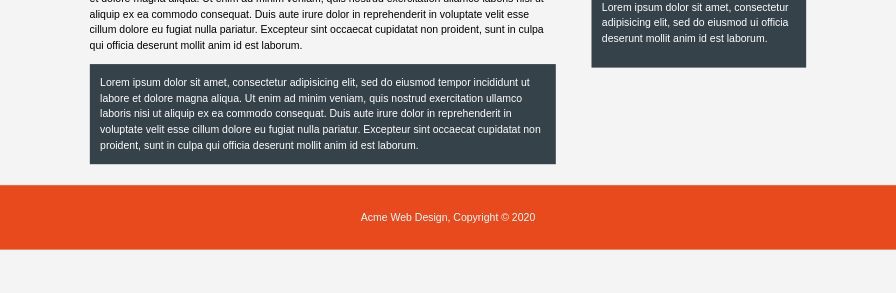
Repository: NiutaR/Build-An-HTML5-Website-With-A
Page: about.html
These files come from the project's save history. The page is drawn as it stood at one moment and after the next save; the edit follows.
The browser window is 1280 px wide. The pictures show the part of the page from y = 301 to 2221 px (the page is 720 px tall before and 3291 px after), at 70% of full size.

Above is the page before, as saved 2021-06-17 20:31:22.

### about.html
<!DOCTYPE html>
<html>
<head>
	<meta charset="utf-8">
	<meta name="viewport" content="width=device-width">
	<meta name="description" content="Affordable and professional web design">
	<meta name="keywords" content="web design, affordable web design, professional web design">
	<meta name="author" content="Jack">
	<title>Aceme Web Design | About</title>
	<link rel="stylesheet" type="text/css" href="./css/style.css">
</head>
<body>
	<header>
		<div class="container">
			<div id="branding">
				<h1><span class="highlight">Aceme</span> Web Design</h1>
			</div>
			<nav>
				<ul>
					<li><a href="index.html">Home</a></li>
					<li class="current"><a href="about.html">About Me</a></li>
					<li><a href="services.html">Services</a></li>
				</ul>
			</nav>
		</div>
	</header>


	<section id="newsletter">
		<div class="container">
			<h1>Subscribe To Our Newsletter</h1>
			<form>
				<input type="email" placeholder="Enter Email...">
				<button type="submit" class="button_1">Subscribe</button>
			</form>
		</div>
	</section>

	<section id="main">
		<div class="container">
			<article id="main-col">
				<h1 class="page-title">About Me</h1>
				<p>Lorem ipsum dolor sit amet, consectetur adipisicing elit, sed do eiusmod
				tempor incididunt ut labore et dolore magna aliqua. Ut enim ad minim veniam,
				quis nostrud exercitation ullamco laboris nisi ut aliquip ex ea commodo
				consequat. Duis aute irure dolor in reprehenderit in voluptate velit esse
				cillum dolore eu fugiat nulla pariatur. Excepteur sint occaecat cupidatat non
				proident, sunt in culpa qui officia deserunt mollit anim id est laborum.</p>
				<p class="dark">Lorem ipsum dolor sit amet, consectetur adipisicing elit, sed do eiusmod
				tempor incididunt ut labore et dolore magna aliqua. Ut enim ad minim veniam,
				quis nostrud exercitation ullamco laboris nisi ut aliquip ex ea commodo
				consequat. Duis aute irure dolor in reprehenderit in voluptate velit esse
				cillum dolore eu fugiat nulla pariatur. Excepteur sint occaecat cupidatat non
				proident, sunt in culpa qui officia deserunt mollit anim id est laborum.</p>
			</article>

			<aside id="sidebar">
				<div class="dark">
					<h3>What <I></I> Do</h3>
					<p>Lorem ipsum dolor sit amet, consectetur adipisicing elit, sed do eiusmod
					ui officia deserunt mollit anim id est laborum.</p>
				</div>
			</aside>
		</div>
	</section>
	<section id="slider">

	</section>
	<footer>
		<p>Acme Web Design, Copyright &copy; 2020</p>
	</footer>

</body>
</html>

### css/style.css
body{
/*	font-family: Arial, Helvetica, sans-serif;
	font-size:15px;
	line-height: 1.5; // line space between each line*/
	font: 15px/1.5 Arial, Helvetica, sans-serif; /* Same as above */
	padding:0;
	margin:0;
	background-color: #f4f4f4;
}


/* Use . for class*/
/* Global */
.container {
	width:80%; /* Content occupies 80% of whole screen*/
	margin:auto; /* Move content to middle of screen*/
	overflow: hidden;
}

/* By default, ul has padding */
ul{
	margin:0;
	padding:0;
}

.button_1 {
	height:38px;
	background:#e8491d;
	border:0;
	padding-left: 20px;
	padding-right:20px;
	color:#ffffff;
}


.dark{
	padding:15px;
	background:#35424a;
	color:#ffffff;
	margin-top:10px;
	margin-bottom:10px;
}


/* Header*/
header{
	background:#35424a;
	color:#ffffff;
	padding-top:30px;
	min-height:70px;
	border-bottom:#e8491d 3px solid;
}


header a{
	color:#ffffff;
	text-decoration: none;
	text-transform: uppercase;
	font-size:16px;
}


/* Make li horizontal*/
header li{
	float:left;
	display: inline;
	padding: 0 20px 0 20px;
}


header #branding{
	float:left;

}

header #branding h1{
	margin:0;
}

header nav{
	float:right;
	margin-top:10px;
}

header .highlight, header .current a{
	color:#e8491d;
	font-weight: bold
}


header a:hover{
	color:#cccccc;
	font-weight:bold;
}


/* Showcase */
#showcase{
	min-height:400px;
	background:url(../img/logo_showcase.jpg) no-repeat 0 -300px; /* 0 -300px adjusts picture direction*/
	text-align: center;
	color:#ffffff;
}

#showcase h1{
	margin-top:100px;
	font-size:55px;
	margin-bottom:10px;
}

#showcase p{
	font-size:20px;
}


/* Showcase */
#newsletter{
	padding:15px;
	color:#ffffff;
	background:#35424a;
}


#newsletter h1{
	float:left;
}


#newsletter form{
	float:right;
	margin-top:15px;
}

#newsletter input[type="email"]{
	padding:4px;
	height:25px;
	width:250px;
}

/* Boxes */
#boxes{
	margin-top:20px;
}

#boxes .box{
	float:left;
	text-align:center;
	width:30%;
	padding:10px;
}

#box .box img{
	width:90px;
}

/* Sidebar */
aside#sidebar{
	float: right;
	width:30%;
	margin-top:10px;
}


aside#sidebar .quote input, aside#sidebar .quote textarea{
	width:90%;
	padding:5px;

}


/* Main-col*/
article#main-col{
	float:left;
	width:65%;
}


/* Services */
ul#services li{
	list-style:none;
	padding:20px;
	border:#cccccc solid 1px;
	background:#e6e6e6;
	margin-bottom:5px;
}




footer{
	padding:20px;
	margin-top:20px;
	color:#ffffff;
	background-color:#e8491d;
	text-align:center;
}



/* Media Queries*/
@media(max-width: 768px){
	header #branding,
	header nav,
	header nav li,
	#newsletter h1,
	#newsletter form,
	#boxes .box,
	article#main-col,
	aside#sidebar{
		float:none;
		text-align:center;
		width:100%;
	}

	header {
		padding-bottom:20px;
	}

	#showcase h1{
		margin-top:40px;
	}

	#newsletter button, .quote button{
		display:block;
		width:100%;
	}

	#newsletter form input[type="email"], .quote input, .quote textarea{
		width:100%;
		margin-bottom:5px;
	}


}

After the next save:
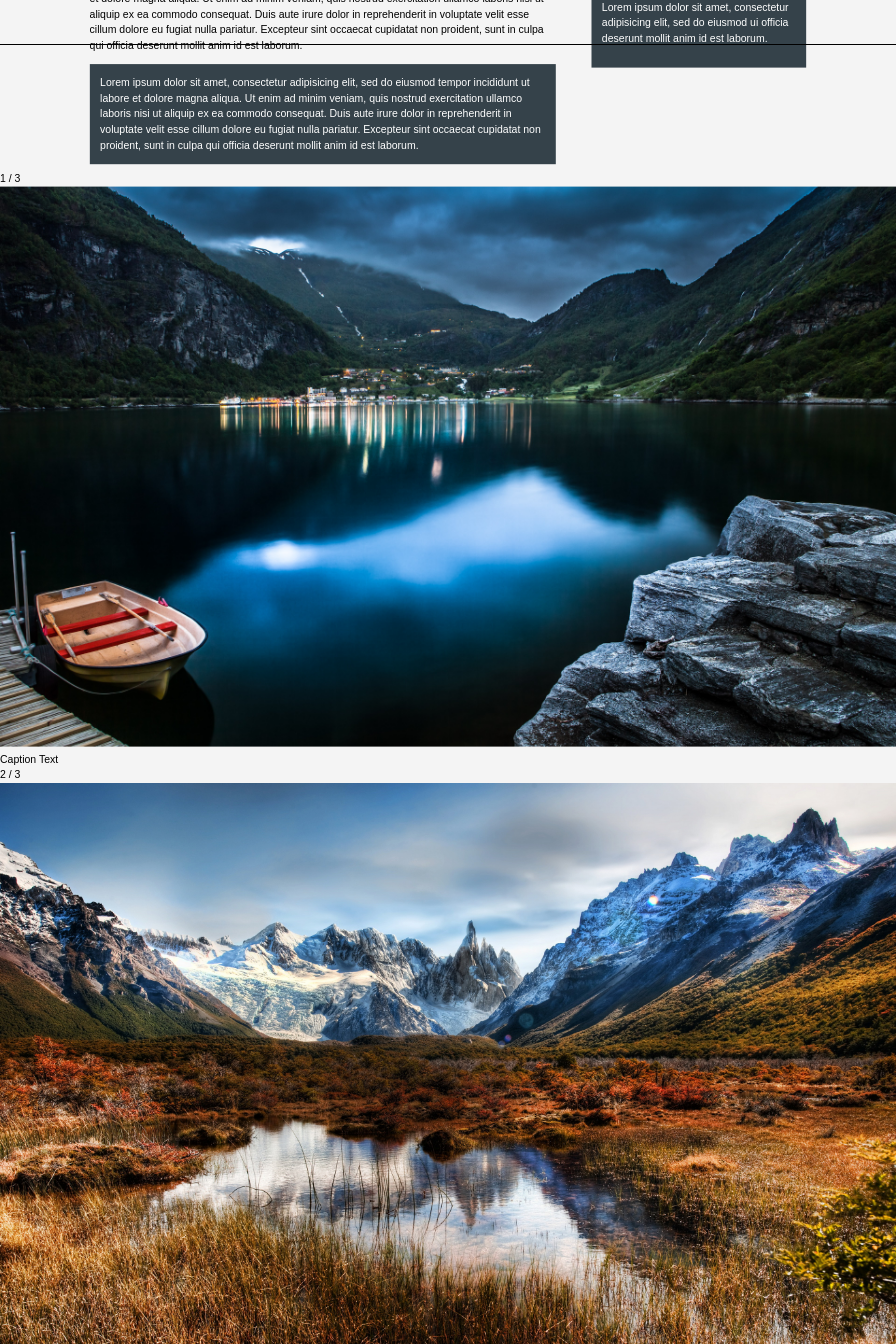
Saved 97 s later.
--- a/about.html
+++ b/about.html
@@ -64,7 +64,39 @@
 		</div>
 	</section>
 	<section id="slider">
+		<div class="slideshow-container">
 
+			<!-- Full-width images with number and caption text -->
+			<div class="mySlides fade">
+			  <div class="numbertext">1 / 3</div>
+			  <img src="img1.jpg" style="width:100%">
+			  <div class="text">Caption Text</div>
+			</div>
+
+			<div class="mySlides fade">
+			  <div class="numbertext">2 / 3</div>
+			  <img src="img2.jpg" style="width:100%">
+			  <div class="text">Caption Two</div>
+			</div>
+
+			<div class="mySlides fade">
+			  <div class="numbertext">3 / 3</div>
+			  <img src="img3.jpg" style="width:100%">
+			  <div class="text">Caption Three</div>
+			</div>
+
+			<!-- Next and previous buttons -->
+			<a class="prev" onclick="plusSlides(-1)">&#10094;</a>
+			<a class="next" onclick="plusSlides(1)">&#10095;</a>
+		  </div>
+		  <br>
+
+		  <!-- The dots/circles -->
+		  <div style="text-align:center">
+			<span class="dot" onclick="currentSlide(1)"></span>
+			<span class="dot" onclick="currentSlide(2)"></span>
+			<span class="dot" onclick="currentSlide(3)"></span>
+		  </div>
 	</section>
 	<footer>
 		<p>Acme Web Design, Copyright &copy; 2020</p>
